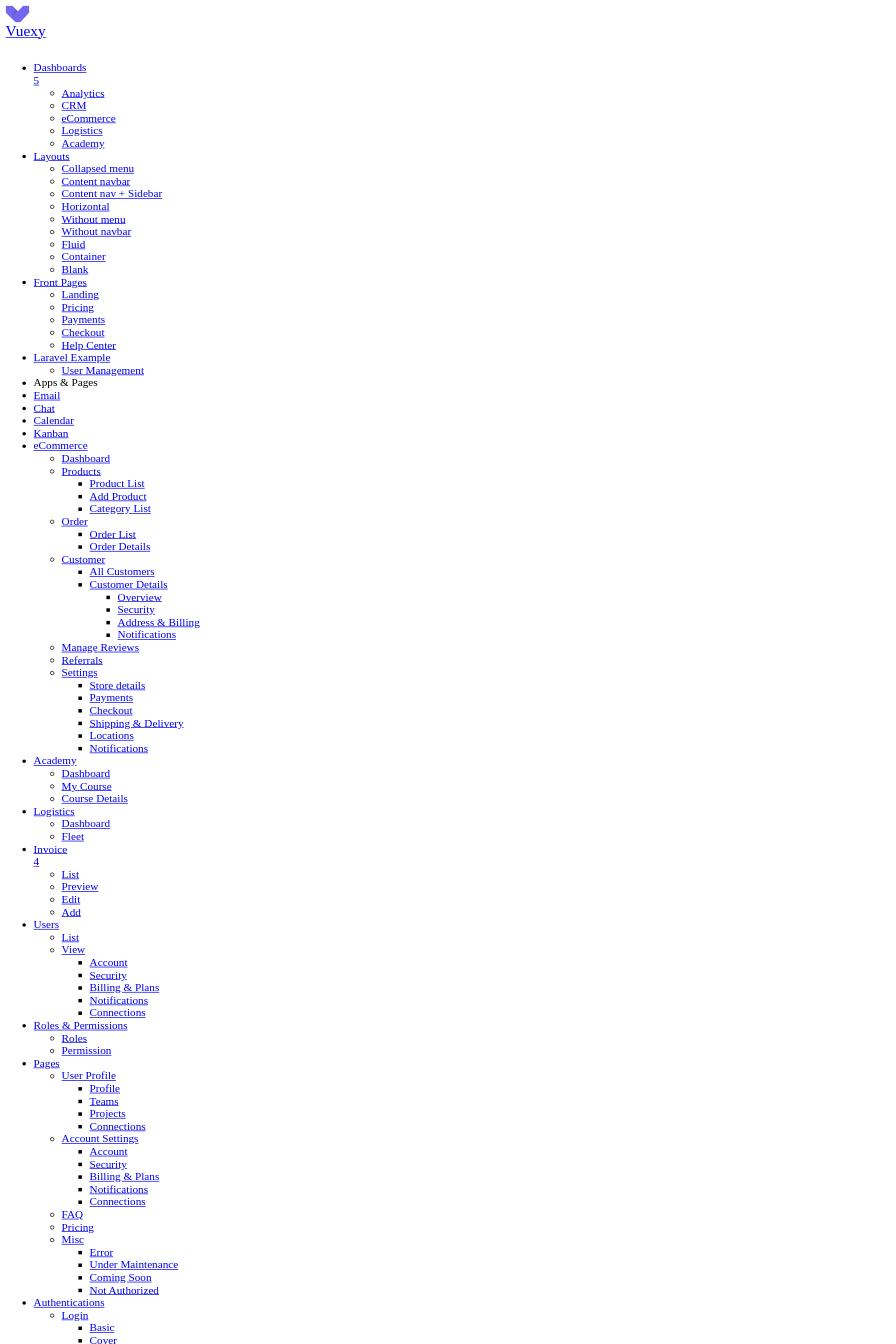
Repository: fahritech04/full-version-vuexy
Page: http://localhost/app/invoice/preview
These files come from the project's save history. The page is drawn as it stood at one moment and after the next save; the edit follows.
The browser window is 1280 px wide. The pictures show the part of the page from y = 0 to 1920 px (the page is 6890 px tall before and 7126 px after), at 70% of full size.
Some web fonts or font styles are not loaded; a fallback is used. The page is served by the project's Laravel application, run on PHP 8.4 with Laravel 10. Other server files are loaded and not shown.

Above is the page before, as saved 2024-04-03 12:00:08.
Console error: ReferenceError: TemplateCustomizer is not defined

### resources/views/content/apps/app-invoice-preview.blade.php
@extends('layouts/layoutMaster')

@section('title', 'Preview - Invoice')

@section('vendor-style')
<link rel="stylesheet" href="{{asset('assets/vendor/libs/flatpickr/flatpickr.css')}}" />
@endsection

@section('page-style')
<link rel="stylesheet" href="{{asset('assets/vendor/css/pages/app-invoice.css')}}" />
@endsection

@section('page-script')
<script src="{{asset('assets/js/offcanvas-add-payment.js')}}"></script>
<script src="{{asset('assets/js/offcanvas-send-invoice.js')}}"></script>
@endsection

@section('vendor-script')
<script src="{{asset('assets/vendor/libs/moment/moment.js')}}"></script>
<script src="{{asset('assets/vendor/libs/flatpickr/flatpickr.js')}}"></script>
<script src="{{asset('assets/vendor/libs/cleavejs/cleave.js')}}"></script>
<script src="{{asset('assets/vendor/libs/cleavejs/cleave-phone.js')}}"></script>
@endsection

@section('content')

<div class="row invoice-preview">
  <!-- Invoice -->
  <div class="col-xl-9 col-md-8 col-12 mb-md-0 mb-4">
    <div class="card invoice-preview-card">
      <div class="card-body">
        <div class="d-flex justify-content-between flex-xl-row flex-md-column flex-sm-row flex-column m-sm-3 m-0">
          <div class="mb-xl-0 mb-4">
            <div class="d-flex svg-illustration mb-4 gap-2 align-items-center">
              @include('_partials.macros',["height"=>20,"withbg"=>''])
              <span class="app-brand-text fw-bold fs-4">
                {{ config('variables.templateName') }}
              </span>
            </div>
            <p class="mb-2">Office 149, 450 South Brand Brooklyn</p>
            <p class="mb-2">San Diego County, CA 91905, USA</p>
            <p class="mb-0">+1 (123) 456 7891, +44 (876) 543 2198</p>
          </div>
          <div>
            <h4 class="fw-medium mb-2">INVOICE #86423</h4>
            <div class="mb-2 pt-1">
              <span>Date Issues:</span>
              <span class="fw-medium">April 25, 2021</span>
            </div>
            <div class="pt-1">
              <span>Date Due:</span>
              <span class="fw-medium">May 25, 2021</span>
            </div>
          </div>
        </div>
      </div>
      <hr class="my-0" />
      <div class="card-body">
        <div class="row p-sm-3 p-0">
          <div class="col-xl-6 col-md-12 col-sm-5 col-12 mb-xl-0 mb-md-4 mb-sm-0 mb-4">
            <h6 class="mb-3">Invoice To:</h6>
            <p class="mb-1">Thomas shelby</p>
            <p class="mb-1">Shelby Company Limited</p>
            <p class="mb-1">Small Heath, B10 0HF, UK</p>
            <p class="mb-1">718-986-6062</p>
            <p class="mb-0">peakyFBlinders@gmail.com</p>
          </div>
          <div class="col-xl-6 col-md-12 col-sm-7 col-12">
            <h6 class="mb-4">Bill To:</h6>
            <table>
              <tbody>
                <tr>
                  <td class="pe-4">Total Due:</td>
                  <td class="fw-medium">$12,110.55</td>
                </tr>
                <tr>
                  <td class="pe-4">Bank name:</td>
                  <td>American Bank</td>
                </tr>
                <tr>
                  <td class="pe-4">Country:</td>
                  <td>United States</td>
                </tr>
                <tr>
                  <td class="pe-4">IBAN:</td>
                  <td>ETD95476213874685</td>
                </tr>
                <tr>
                  <td class="pe-4">SWIFT code:</td>
                  <td>BR91905</td>
                </tr>
              </tbody>
            </table>
          </div>
        </div>
      </div>
      <div class="table-responsive border-top">
        <table class="table m-0">
          <thead>
            <tr>
              <th>Item</th>
              <th>Description</th>
              <th>Cost</th>
              <th>Qty</th>
              <th>Price</th>
            </tr>
          </thead>
          <tbody>
            <tr>
              <td class="text-nowrap">Vuexy Admin Template</td>
              <td class="text-nowrap">HTML Admin Template</td>
              <td>$32</td>
              <td>1</td>
              <td>$32.00</td>
            </tr>
            <tr>
              <td class="text-nowrap">Frest Admin Template</td>
              <td class="text-nowrap">Angular Admin Template</td>
              <td>$22</td>
              <td>1</td>
              <td>$22.00</td>
            </tr>
            <tr>
              <td class="text-nowrap">Apex Admin Template</td>
              <td class="text-nowrap">HTML Admin Template</td>
              <td>$17</td>
              <td>2</td>
              <td>$34.00</td>
            </tr>
            <tr>
              <td class="text-nowrap">Robust Admin Template</td>
              <td class="text-nowrap">React Admin Template</td>
              <td>$66</td>
              <td>1</td>
              <td>$66.00</td>
            </tr>
            <tr>
              <td colspan="3" class="align-top px-4 py-4">
                <p class="mb-2 mt-3">
                  <span class="ms-3 fw-medium">Salesperson:</span>
                  <span>Alfie Solomons</span>
                </p>
                <span class="ms-3">Thanks for your business</span>
              </td>
              <td class="text-end pe-3 py-4">
                <p class="mb-2 pt-3">Subtotal:</p>
                <p class="mb-2">Discount:</p>
                <p class="mb-2">Tax:</p>
                <p class="mb-0 pb-3">Total:</p>
              </td>
              <td class="ps-2 py-4">
                <p class="fw-medium mb-2 pt-3">$154.25</p>
                <p class="fw-medium mb-2">$00.00</p>
                <p class="fw-medium mb-2">$50.00</p>
                <p class="fw-medium mb-0 pb-3">$204.25</p>
              </td>
            </tr>
          </tbody>
        </table>
      </div>

      <div class="card-body mx-3">
        <div class="row">
          <div class="col-12">
            <span class="fw-medium">Note:</span>
            <span>It was a pleasure working with you and your team. We hope you will keep us in mind for future freelance
              projects. Thank You!</span>
          </div>
        </div>
      </div>
    </div>
  </div>
  <!-- /Invoice -->

  <!-- Invoice Actions -->
  <div class="col-xl-3 col-md-4 col-12 invoice-actions">
    <div class="card">
      <div class="card-body">
        <button class="btn btn-primary d-grid w-100 mb-2" data-bs-toggle="offcanvas" data-bs-target="#sendInvoiceOffcanvas">
          <span class="d-flex align-items-center justify-content-center text-nowrap"><i class="ti ti-send ti-xs me-2"></i>Send Invoice</span>
        </button>
        <button class="btn btn-label-secondary d-grid w-100 mb-2">
          Download
        </button>
        <a class="btn btn-label-secondary d-grid w-100 mb-2" target="_blank" href="{{url('app/invoice/print')}}">
          Print
        </a>
        <a href="{{url('app/invoice/edit')}}" class="btn btn-label-secondary d-grid w-100 mb-2">
          Edit Invoice
        </a>
        <button class="btn btn-primary d-grid w-100" data-bs-toggle="offcanvas" data-bs-target="#addPaymentOffcanvas">
          <span class="d-flex align-items-center justify-content-center text-nowrap"><i class="ti ti-currency-dollar ti-xs me-2"></i>Add Payment</span>
        </button>
      </div>
    </div>
  </div>
  <!-- /Invoice Actions -->
</div>

<!-- Offcanvas -->
@include('_partials/_offcanvas/offcanvas-send-invoice')
@include('_partials/_offcanvas/offcanvas-add-payment')
<!-- /Offcanvas -->
@endsection

Loaded but not shown: app/Http/Controllers/apps/InvoicePreview.php (common file); app/Http/Controllers/Controller.php (common file); resources/views/layouts/layoutMaster.blade.php (common file); resources/views/layouts/contentNavbarLayout.blade.php (common file); resources/views/layouts/sections/menu/submenu.blade.php (common file); public/assets/js/offcanvas-add-payment.js (common file); public/assets/js/offcanvas-send-invoice.js (common file); resources/menu/horizontalMenu.json (1131 lines, source omitted); resources/menu/verticalMenu.json (1097 lines, source omitted); lang/en.json (176 lines, source omitted); public/assets/js/main.js (616 lines, source omitted); public/assets/js/config.js (52 lines, source omitted); resources/views/layouts/sections/navbar/navbar.blade.php (523 lines, source omitted); app/Helpers/Helpers.php (190 lines, source omitted); public/assets/css/demo.css (129 lines, source omitted); resources/views/layouts/commonMaster.blade.php (54 lines, source omitted); resources/views/layouts/sections/menu/verticalMenu.blade.php (87 lines, source omitted); resources/views/_partials/_offcanvas/offcanvas-add-payment.blade.php (46 lines, source omitted); resources/views/layouts/sections/scriptsIncludes.blade.php (45 lines, source omitted); resources/views/layouts/sections/footer/footer.blade.php (25 lines, source omitted); resources/views/layouts/sections/styles.blade.php (23 lines, source omitted); resources/views/layouts/sections/scripts.blade.php (21 lines, source omitted); resources/views/_partials/macros.blade.php (6 lines, source omitted); routes/web.php (359 lines, source omitted); resources/views/_partials/_offcanvas/offcanvas-send-invoice.blade.php (no stored copy; drawn as an empty file)

After the next save:
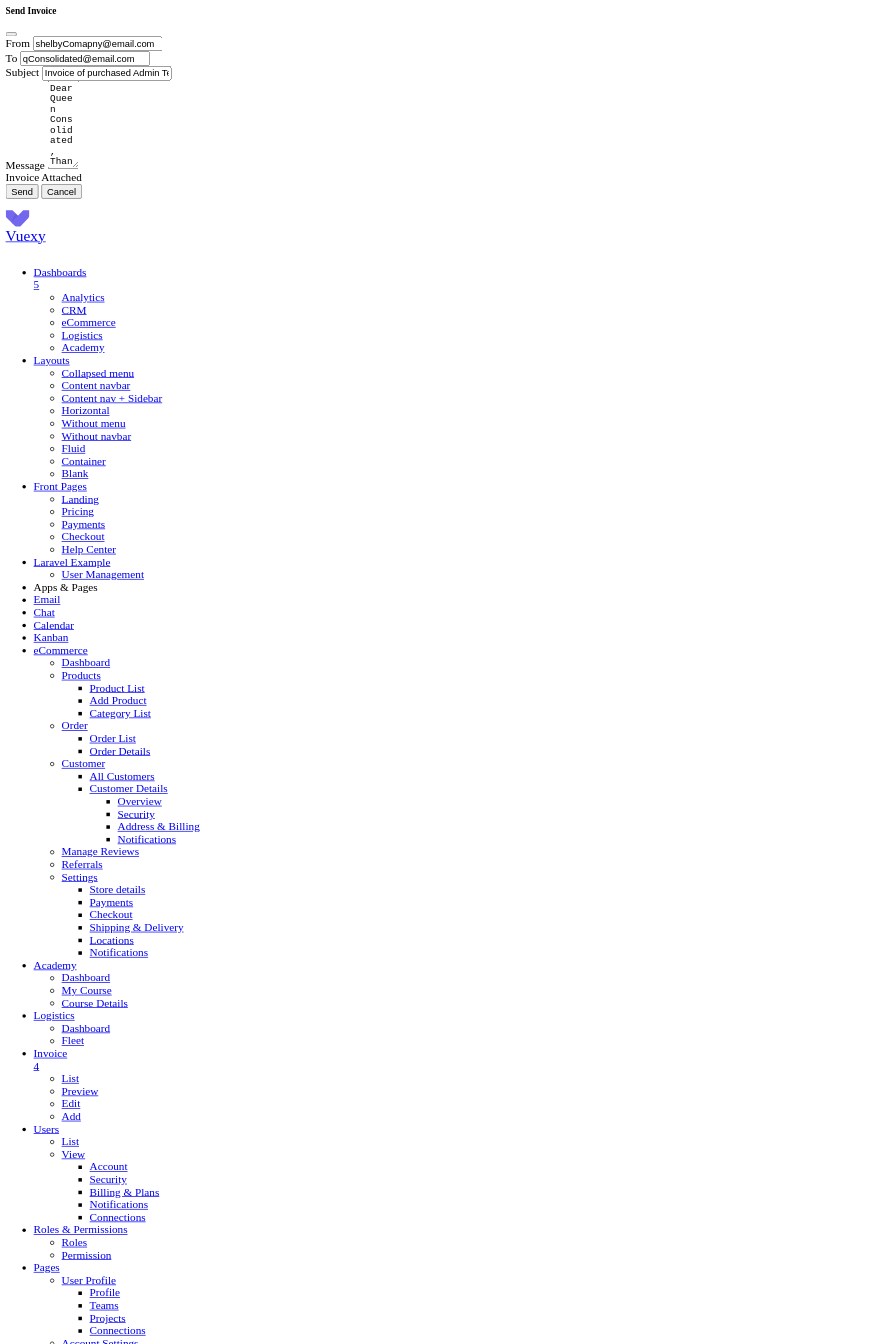
Saved 10 s later.
--- a/resources/views/content/apps/app-invoice-preview.blade.php
+++ b/resources/views/content/apps/app-invoice-preview.blade.php
@@ -202,3 +202,46 @@
 @include('_partials/_offcanvas/offcanvas-add-payment')
 <!-- /Offcanvas -->
 @endsection
+
+
+<!-- Send Invoice Sidebar -->
+<div class="offcanvas offcanvas-end" id="sendInvoiceOffcanvas" aria-hidden="true">
+  <div class="offcanvas-header my-1">
+    <h5 class="offcanvas-title">Send Invoice</h5>
+    <button type="button" class="btn-close text-reset" data-bs-dismiss="offcanvas" aria-label="Close"></button>
+  </div>
+  <div class="offcanvas-body pt-0 flex-grow-1">
+    <form>
+      <div class="mb-3">
+        <label for="invoice-from" class="form-label">From</label>
+        <input type="text" class="form-control" id="invoice-from" value="shelbyComapny@email.com" placeholder="company@email.com" />
+      </div>
+      <div class="mb-3">
+        <label for="invoice-to" class="form-label">To</label>
+        <input type="text" class="form-control" id="invoice-to" value="qConsolidated@email.com" placeholder="company@email.com" />
+      </div>
+      <div class="mb-3">
+        <label for="invoice-subject" class="form-label">Subject</label>
+        <input type="text" class="form-control" id="invoice-subject" value="Invoice of purchased Admin Templates" placeholder="Invoice regarding goods" />
+      </div>
+      <div class="mb-3">
+        <label for="invoice-message" class="form-label">Message</label>
+        <textarea class="form-control" name="invoice-message" id="invoice-message" cols="3" rows="8">Dear Queen Consolidated,
+          Thank you for your business, always a pleasure to work with you!
+          We have generated a new invoice in the amount of $95.59
+          We would appreciate payment of this invoice by 05/11/2021</textarea>
+      </div>
+      <div class="mb-4">
+        <span class="badge bg-label-primary">
+          <i class="ti ti-link ti-xs"></i>
+          <span class="align-middle">Invoice Attached</span>
+        </span>
+      </div>
+      <div class="mb-3 d-flex flex-wrap">
+        <button type="button" class="btn btn-primary me-3" data-bs-dismiss="offcanvas">Send</button>
+        <button type="button" class="btn btn-label-secondary" data-bs-dismiss="offcanvas">Cancel</button>
+      </div>
+    </form>
+  </div>
+</div>
+<!-- /Send Invoice Sidebar -->
